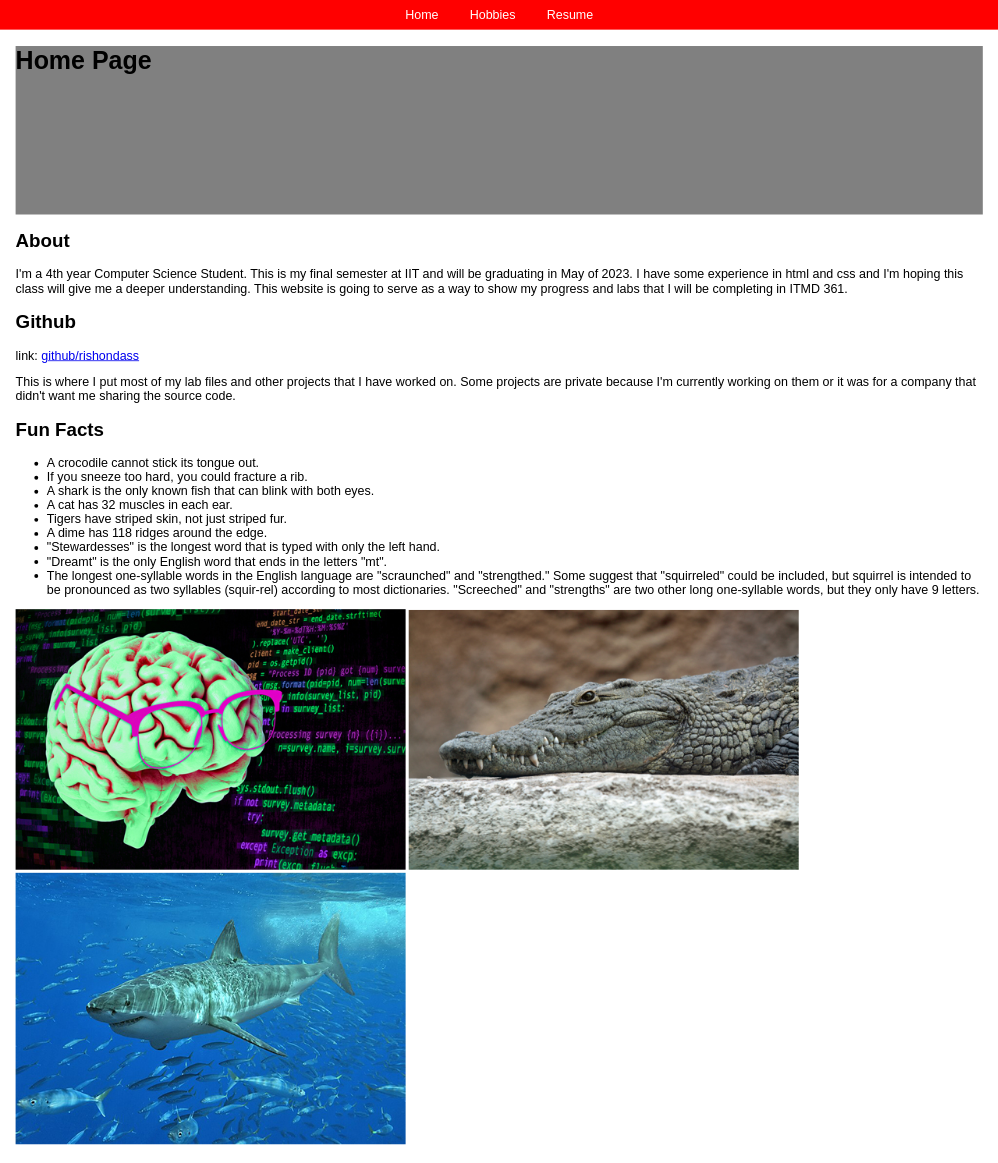
Repository: rishondass/ITMD361-Project2
Page: index.html
These files come from the project's save history. The page is drawn as it stood at one moment and after a run of saves; the edit follows.
The browser window is 1280 px wide. The pictures show the whole page, at 78% of full size.

Above is the page before, as saved 2023-03-07 21:33:12.

After the next 2 saves:
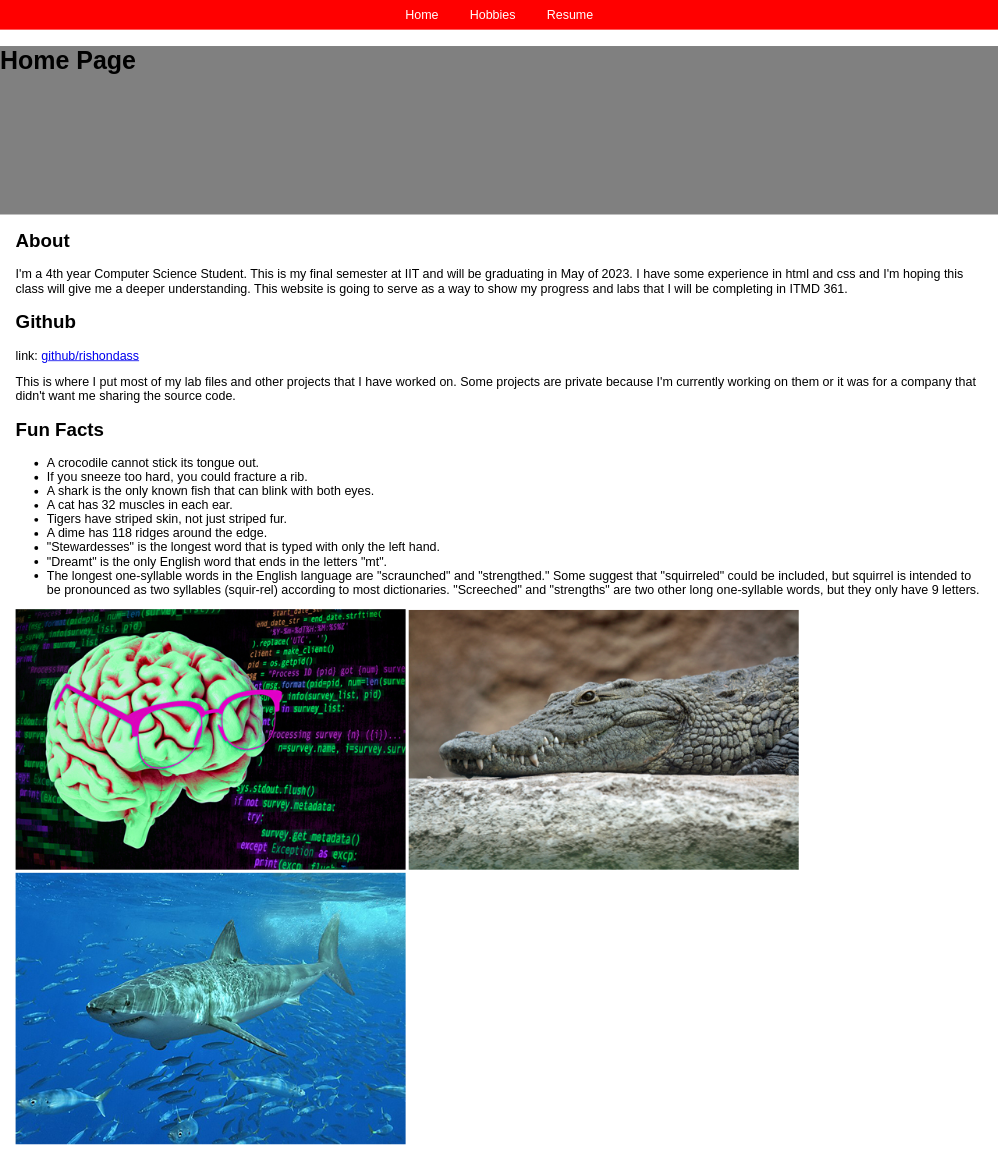
The 2 saves are shown as one change because they came seconds apart.
The last was saved 15 s later.
--- a/index.html
+++ b/index.html
@@ -21,11 +21,11 @@
             </li>
         </ul>
     </nav>
-
-    <div id="main-container">
-        <div id="hero-section">
+<div id="hero-section">
             <h1>Home Page</h1>
         </div>
+    <div id="main-container">
+
 
         <h2>
             About
